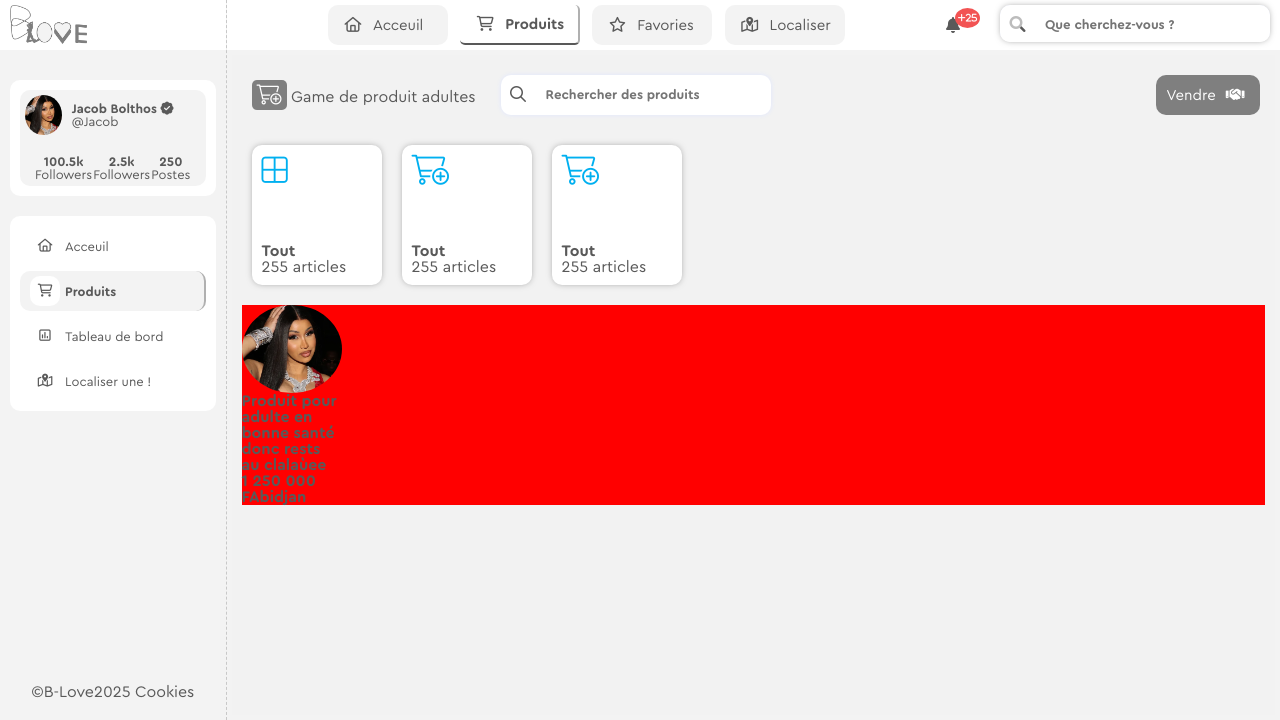
Repository: moomoony-log/b-love
Page: /home/product
An editor plug-in stored every save of this project. The page is shown before and after the next save, followed by the edit.
The browser window is 1280 px wide. The pictures show the whole page.
The project was rebuilt for these pictures with package versions that can differ from the ones it lists, and the page was loaded fresh each time. Also part of the build but not shown: vite.config.ts, src/rules/legacy.tsx, src/rules/privacy.tsx, src/view/auth.tsx, src/view/main/acceuil.tsx, src/view/main/dashbord.tsx, src/view/main/info-account.tsx, src/view/main/account.tsx and 1 more.

Above is the page before, as saved 2025-10-02 16:27:24.

### index.html
<!--
        ?????????         ?????????        ???????????????????
        ????? ?????     ????? ?????      ??????????   ??????????
        ?????  ?????   ?????  ?????    ????????         ????????
        ?????   ????? ?????   ?????    ??????            ????????
        ?????    ?????????    ?????    ??????            ????????
        ?????      ?????      ?????    ???????          ????????
        ?????                 ?????     ?????????      ????????
        ?????                 ?????        ???????????????????
        ?????                 ?????         ????????????????

    TRAVAIL JUSQU'A CE QU'ON DISE QUE TU ES FRANC-MAÇON
    TRAVAIL JUSQU'A CE QU'ON DISE QUE TU ES FRANC-MAÇON
    TRAVAIL JUSQU'A CE QU'ON DISE QUE TU ES FRANC-MAÇON
-->
<!doctype html>
<html lang="en">
  <head>
    <meta charset="UTF-8">
    <meta name="viewport" content="width=device-width, initial-scale=1.0">
    <meta http-equiv="X-UA-Compatible" content="IE=edge">
    <!-- Inbuilt -->
    <link rel="shortcut icon" href="./img/logoloveb.png" type="image/x-icon">
    <!-- <link rel="stylesheet" href="./vendor/font-awesome-pro/css/all.css">  -->
    <!-- <link rel="stylesheet" href="./css/app.css">  -->
    <title>B!love</title>
  </head>
  <body id="index">
    <div id="main-container"></div>
    <script type="module" src="/src/main.tsx"></script>
  </body>
</html>

### src/main.tsx
import { StrictMode } from 'react'
import { createRoot } from 'react-dom/client'
import App from './app'

createRoot(document.getElementById('main-container')!).render(
  <StrictMode>
    <App />
  </StrictMode>
)

### src/app.tsx

import { createBrowserRouter, RouterProvider } from "react-router-dom";
import Legacy from "./rules/legacy";
import Privacy from "./rules/privacy";
import Main from "./view/main/main";
import Auth from "./view/auth";
import Acceuil from "./view/main/acceuil";
import Dashbord from "./view/main/dashbord";
import "../public/css/app.css"
import "../public/vendor/font-awesome-pro/css/all.css"
import InfoAccount from "./view/main/info-account";
import Account from "./view/main/account";
import BecomeToMember from "./view/main/becomeToMember";
import Product from "./view/main/product";

// import Auth from "./view/auth";

const router =  createBrowserRouter([
	{
		path:'/',
		element:<Auth/>
	},
	{
		path:'/legacy',
		element:<Legacy/>
	},
	{
		path:'/privacy',
		element:<Privacy/>
	},
	{
		path:'/home',
		element:<Main/>,
		children:[
			{
				path:'acceuil',
				element: <Acceuil/>
			},
			{
				path:'dashbord',
				element: <Dashbord/>,
			},
			{
				path: 'product',
				element: <Product/>
			},
			{
				path:'check',
				element: <div>Localisation</div>
			},
			{
				path:'client',
				element: <InfoAccount/>,
				children: [
					{
						path:'compte',
						element: <Account/>
					},
					{
						path:'devenir_membre',
						element: <BecomeToMember/>
					},

				]
			}

		]
	}
])

// --> POINT D'ENTREE DANS L'APP(INDEX --> AUTH)
function App() {
	return <RouterProvider router={router}/>
}

export default App

### src/view/main/product.tsx
import { useEffect, useRef } from "react"
import Input from "../../components/basic/input"
import Button from "../../components/basic/button"

const Product = () => {
    const productRef = useRef<HTMLDivElement>(null)

        useEffect(()=> {
            const parent = productRef.current?.parentElement
            if(parent) parent.setAttribute('data-name', 'product')
            return () => parent?.removeAttribute('data-name')
        }, [])

    return (
        <>
        <div className="products-head" ref={productRef}>
           <div>
                <span><i className="fa-light fa-cart-circle-plus"></i> Game de produit adultes</span>
                <Input icon="fa-regular fa-magnifying-glass" type="text" placeholder="Rechercher des produits" />
           </div>
           <Button children={false} to={false} type="button" name="Vendre" icon="fa-solid fa-handshake" border color="gray" />
        </div>
        <div className="product-category">
            <div className="category-item">
                <i className="fa-light fa-border-all"></i>
                <div>
                    <span>Tout</span>
                    <span>255 articles</span>
                </div>
            </div>
            <div className="category-item">
                <i className="fa-light fa-cart-circle-plus"></i>
                <div>
                    <span>Tout</span>
                    <span>255 articles</span>
                </div>
            </div>
            <div className="category-item">
                <i className="fa-light fa-cart-circle-plus"></i>
                <div>
                    <span>Tout</span>
                    <span>255 articles</span>
                </div>
            </div>
        </div>
        <div className="products-container">

            <div className="product-item">
                <div className="cont-account-img" data-name="product"><img src="../img/cardi_b.webp" alt="account-image"/></div>
                <span className="descrip">Produit pour adulte en bonne santé donc rests au clalaùee</span>
                <div className="detail">
                    <span>1 250 000 F</span>
                    <span>Abidjan</span>
                </div>
            </div>

        </div>

        </>
    )
}

export default Product

### src/components/basic/button.tsx
// --> BUTTON COMPONENTS

import { forwardRef } from "react"
import { NavLink, useLocation } from "react-router-dom";

interface buttonProps {
    type: 'submit' | 'button',
    name?: string,
    icon?:string,
    color?: string,
    outline?: string,
    small?: 'small' | 'small-1' | 'small-2' | 'small-3',
    navigate?: string,
    children: boolean,
    border?: boolean,
    to: string | false,
    inner?:string,
    disable?:boolean,
    onclick?: () => unknown
}

const Button = forwardRef<HTMLButtonElement, buttonProps>(
  ({ name, icon, color, outline, small, navigate, inner, disable, children,border, to, onclick }, ref) => {
    const location = useLocation()
    return (
      <button
        ref={ref}
        type="button"
        className="ui-btn"
        name={name}
        color={color}
        {...(outline ? { "data-outline": "" } : {})}
        {...(disable ? { disabled: true } : {})}
        {...(navigate ? { "data-navigate": "" } : {})}
        {...(inner ? { "data-inner": "" } : {})}
        {...(small ? { "data-size" : small} : {})}
        {...(border ? { "data-border": "" } : {})}
        {...(to && location.pathname === to ? { "data-active": "" } : {})}
        onClick={onclick}
      >
        { (!children && !to ) && name } { icon && (!children && !to ) && <i className={icon}></i> }

        { (children && to) && <NavLink to={to}>  <i className={icon}></i>  {name} </NavLink> }

      </button>
    );
  }
);

export default Button

### public/css/config/config.css
/* Style global de configuration */

/* Police d'ecriture */
/* Cera */
@font-face{
    font-family: 'Cera';
    src: url('../../font/cera-round-pro/CeraRoundPro-Bold.otf');
    font-weight: bold;
}
@font-face {
    font-family: 'Cera';
    src: url('../../font/cera-round-pro/CeraRoundPro-Regular.otf');
    font-weight: normal;
}

/* body{
    display: flex !important;
    padding: 5px;
    height: 100%;
    width: 100%;
    position: absolute;
    top: 0;
    left: 0;
    overflow: hidden;
} */
body *{
    box-sizing: border-box;
    font-family: 'Cera', sans-serif;
    font-weight: bold;
}

button:focus, input:focus, textarea:focus, select:focus {
    outline: none;
}

button {
    cursor: pointer;
    border: none;
}

h1, h2, h3, h4, h5, p {
    color: inherit;
    margin: 0;
    padding: 0;
    text-decoration: inherit;
}

img{
    height: inherit;
    max-width: 100%;
}

### public/css/component/components.css
 /* Imporation des dependances */
 @import url('input.css');
 @import url('button.css');
 @import url('img.css');
 @import url('notification.css');
 @import url('loader.css');
 @import url('table.css');
 @import url('./modals/modal.css');

 @keyframes text{
    0%{
        transform: translateX(100%);
    }
    100%{
        transform: translateX(-100%);
    }
 }

### public/css/views.css
/* --> Css relative à toutes les vues communes  */
@import url('views/auth.css');
@import url('views/legacy.css');
@import url('views/privacy.css');

### public/css/animation.css
@keyframes reotateInner {
    from {
       transform: rotate(0);
    }
    to{
       transform: rotate(180deg);
    }
 }
 @keyframes Online {
    0%, 100% {
       transform: scale(1.5);
       opacity: 1;

    }
    50% {
       transform: scale(0.5);
       /* opacity: 0.5; */
    }
 }
  @keyframes Online2 {
    0%, 100% {
       opacity: 1;

    }
    50% {
       opacity: 0.5;
    }
 }
 @keyframes spin {
   0%{
      transform: rotate(0deg);
   }
   100%{
      transform: rotate(360deg);
   }

 }
  @keyframes opa {
   0%{
      opacity: .4;
   }
   100%{
      opacity: 1;
   }

 }

### public/css/utils/utils.css
@import url('variable.css');
@import url('helper.css');

### public/css/utils/variable.css
/* Variables */
:root{
    --color-white: #ffffff;
    --color-gray-soft: #F6F8FA;
    --color-gray-medium: #b0b0b0;
    --color-gray-hard: #595959;
    --color-gray-hard-1: #7f7f7f;
    /* --color-gray-hard-3: #d4d2d246; */
    --color-gray-hard-3: #f2f2f2e7;
    --color-gray-hard-5: #f2f2f2;
    --color-gray-hard-4: #5959592f;
    --color-blue-lite: #dbf5ff;
    --color-blue-soft: #00B0F0;
    --color-blue-soft-2: #9ab9dc;
    --color-blue-hard: #2A6EBB;
    --color-green-lite: #aefecf;
    --color-green-lite-2: #80d6a4;
    --color-green-hard: #41cf7c;
    --color-red-lite: #ffcdcd;
    --color-red-soft: #f58e8e;
    --color-red-hard: #f25353;
    --shadow-one: 0 0 5px #eee;
    --shadow-two: 0 0 5px #84b1c3;
    --shadow-3: 0 0 4px #bababa;
    --bezier-1: cubic-bezier(0.68, -0.55, 0.27, 1.55);
}

### public/css/utils/helper.css
/* cool-scroll-bar */
.cool-scroll-bar::-webkit-scrollbar{
    width: 3px;
    height: 3px;
    border-radius: 50px !important;
    background-color: var(--color-gray-soft);
    box-shadow: 0 0 5px var(--color-gray-soft);
}
.cool-scroll-bar::-webkit-scrollbar-thumb{
    background-color: var(--color-gray-medium);
    border-radius: 50px !important;
}

### public/css/views/legacy.css
.legacy {
    z-index: 10;
    height: 100%;
    padding: 20px;
    overflow: auto;
}
.legacy p{
    font-size: 40px;
}

### public/css/component/img.css
/* ---> CSS DES COMPOSANTS IMAGES */
.cont-account-img{
    overflow: hidden;
    position: relative;
    cursor: pointer;
}
.cont-account-img[data-name="account"]{
    height: 40px;
    width: 50px;
    border-radius: 50%;

}
.cont-account-img[data-name="pub"]{
    height: 40px;
    width: 50px;
    border-radius: 50%;

}
/* image compte publication */
.cont-account-img[data-name="my-post"]{
    width: 65px;
    height: 65px;
    border-radius: 5px;
}

/* image compte publication */
.cont-account-img[data-name="pub-2"]{
    min-width: 35px;
    max-width: 35px;
    height: 35px;
    border-radius: 50%;
}
.cont-account-img[data-name="like"]{
    width: 20px;
    height: 20px;
    border-radius: 50%;
}
.cont-account-img[data-name="product"]{
    width: 100px;
    height: 100px;
    border-radius: 50%;
}
.cont-account-img[data-name="info-account"]{
    height: 130px;
    width: 130px;
    border-radius: 50%;
}
.cont-account-img img{
    height: 100%;
    width: 100%;
    object-fit: cover;
    position: absolute;
    display: block;
}

/* Image du logo */
.logo-content img{
    height: 40px;
}
.marketing-img{
    width: 50%;
    height: 100%;
}
#app-content-right .head .logo-content img{
    height: 35px;
}
.container-my-pub .item-pub img{
    width: 100%;
    height: 100%;
    object-fit: cover;
    border-radius: 5px;
    cursor: pointer;
}
/* Image de publié */
/* Grille d'images style Facebook */

.pub-content .medias-body .cont-account-img{
    border-radius: 0px;
    width: 100%;
    height: 100%;
    justify-content: center;
    align-items: center;
    overflow: hidden;
}
.pub-content .medias-body .cont-account-img[data-img]::before{
    content: attr(data-img);
    font-size: 14px;
    background-color: white;
    font-weight: lighter;
    position: absolute;
    color: var(--color-gray-hard-1);
    height: 25px;
    width: 100px;
    border-radius: 10px;
    text-align: center;
    line-height: 25px;
    right: 5px;
    top: 5px;
    z-index: 40;
}
.pub-content .medias-body .cont-account-img img{
    max-width: 100%;
    max-height: 100%;
    object-fit: contain; /* conserve le ratio */
}
 .pub-content .medias-body .cont-account-img  iframe {
    position: absolute;
    top: 0;
    left: 0;
    width: 100%;
    height: 100%;
  }
  .container-my-pub .item-pub video{
    width: 100%;
    height: 100%;
    cursor: pointer;
    border-radius: 5px;
    background-color: black;
}
/*
.pub-content {
    width: 100%;
} */

/* .pub-content .cont-account-img:hover img {
    transform: scale(1.03);
}  */

### public/css/views/privacy.css
.privacy {
    z-index: 10;
    height: 100%;
    padding: 20px;
    overflow: auto;
}
.privacy p{
    font-size: 40px;
}

### public/css/component/notification.css
/* CSS DES GRILLES DE NOTIFICATIONS */
#notification{
    position: absolute;
    right: 0;
    z-index: 900;
    width: 350px;
    bottom: 0;
    padding: 5px;
    display: flex;
    justify-content: flex-end;
    align-items: center;
    flex-direction: column;
    gap: 10px;
}
#notification .notif-item{
    width: 320px;
    max-height: 60px;
    box-sizing: border-box;
    background-color: var(--color-white);
    display: flex;
    align-items: center;
    overflow: hidden;
    gap: 5px;
    padding: 10px;
    border-radius: 10px;
    opacity: 0;
    transform: scale(0);
    box-shadow: 0 0 7px -2px var(--color-gray-hard-1);
    transition: transform .3s cubic-bezier(0.68, -0.55, 0.27, 1.55), opacity .2s ease-in-out, max-height .3s ease-in-out;
}

#notification .notif-item[show]{
    opacity: 1;
    transform: scale(1);
}

#notification .notif-item .icon{
    height: 35px;
    width: 35px;
    line-height: 35px;
    text-align: center;
    font-size: 15px;
    border-radius: 50%;
    position: relative;
    z-index: 2;
    color: var(--color-white);
}

#notification .notif-item .icon::before{
    position: absolute;
    text-align: center;
    left: 0;
    font-size: 35px;
    content: '\f335';
    font-family: 'Font Awesome 6 Pro';
    z-index: -1;
}

#notification .notif-item .exit{
    text-align: center;
    margin-left: 5px;
    border-radius: 50%;
    cursor: pointer;
    color: #cccccc;
}

#notification .notif-item[data-name="exit"] {
    border-left: 5px solid var(--color-red-soft);
}
#notification .notif-item[data-name="exit"] .exit{
    color: var(--color-red-soft);
}
#notification .notif-item[data-name="good"] .exit{
    color: var(--color-green-lite-2);
}
#notification .notif-item[data-name="exit"]:hover{
    box-shadow: 0 0 7px -2px var(--color-red-hard);
}
#notification .notif-item[data-name="good"]:hover{
    box-shadow: 0 0 7px -2px var(--color-green-hard);
}
#notification .notif-item[data-name="await"]:hover{
    box-shadow: 0 0 7px -2px var(--color-gray-hard);
}
.notif-item[data-name="exit"] .icon::before{
    color: var(--color-red-soft);
}
#notification .notif-item[data-name="await"]{
    border-left: 5px solid #cccccc;
}
.notif-item[data-name="good"] .icon::before{
    color: var(--color-green-lite-2);
}
.notif-item[data-name="await"] .icon::before{
    color: #cccccc;
}
#notification .notif-item[data-name="good"]{
    border-left: 5px solid var(--color-green-lite-2);
}
#notification .notif-item .title{
    text-wrap: nowrap;
    color: var(--color-gray-hard-1);
    font-size: 13px;
}
#notification .notif-item .text{
    font-size: 12px;
    display: flex;
    overflow: hidden;
    max-width: 240px;
    text-overflow: ellipsis;
    font-weight: lighter;
}

/* RESPONSIVE STATE */
@media (max-width: 344px) {
    #notification{
        width: 300px;
    }
    #notification .notif-item{
        width: 290px;
        max-height: 80px;
    }
    #notification .notif-item .icon::before{
        left: -2px;
    }
}

### public/css/component/loader.css

/* CSS DU COMPOSANT DE CHRAGEMENT */
#loader{
    position: absolute;
    display: flex;
    flex-direction: column;
    width: 100%;
    gap: 10px;
    height: 100%;background-color: rgba(255, 255, 255, 0.744);
    justify-content: center;
    align-items: center;
    z-index: 1000;
}

#loader .spinner{
    height: 60px;
    width: 60px;
    display: flex;
    justify-content: center;
    align-items: center;
    position: relative;
    animation: spin 2s linear infinite;
}
#loader .spinner::before{
    content: '';
    height: 100%;
    width: 100%;
    position: absolute;
    border-radius: 50%;
    border: solid 4px var(--color-gray-hard-3);
}
#loader .spinner::after{
    content: '';
    height: 100%;
    width: 100%;
    position: absolute;
    border-radius: 50%;
    border: solid 4px transparent;
    border-left-color:var(--color-gray-hard-1);
    animation: spin 0.8s linear infinite, opa 0.8s ease-in-out infinite alternate-reverse;
}
#loader img{
    width: 95px;
    height: 50px;
}
#loader i{
    font-size: 20px;
}
#loader .i{
   background-color: var(--color-gray-hard-);
   padding: 7px;
   display: flex;
   align-items: center;
   justify-content: center;
   border-radius: 5px;
}

### public/css/component/table.css
.infos-personnels[data-name="statut"] .availability table{
    border-collapse: collapse;
    width: 100%;
    background-color: var(--color-white);
    text-align: center;
    font-size: 13px;
}
.availability table th,
.availability table td{
    height: 40px;
    padding: 3px;
}
.availability table td:last-child{
    text-align: right;
}
.availability table tbody tr:hover{
    background-color: var(--color-gray-hard-3);
}

.cont-my-post table{
    width: 100%;
    border-spacing: 0 5px;
    background-color: var(--color-white);
    text-align: center;
    padding: 5px;
    border-radius: 5px;
}
.cont-my-post table tbody td:last-child button{
    background-color: white;
    margin-left: 5px;
}
.cont-my-post table tbody tr:hover td{
    background-color: var(--color-white);
}
.cont-my-post table tbody tr:hover td:last-child button{
    background-color: var(--color-gray-hard-3);
}

.cont-my-post table tbody td{
    padding: 5px;
    background-color: var(--color-gray-hard-3);
    font-weight: lighter;
    margin: 10px;
}
.cont-my-post table tbody td:last-child{
    text-align: right;
}


@media (max-width: 855px) {
    .cont-my-post table{
        font-size: 12px;
    }
    .cont-my-post table tbody td:last-child{
        display: flex;
        flex-direction: column;
        margin: 0;
        gap: 5px;
    }
}

@media (max-width: 355px) {
    .cont-my-post table tbody td:last-child{
        font-size: 11px;
    }
}

### public/css/component/modals/modal.css
/* @import url('./modals/registration.css'); */
@import url('./publication.css');
@import url('./confirm.css');

#modals .modal{
    position: fixed;
    display: none;
    align-items: center;
    left: 0;
    top: 0;
    justify-content: center;
    height: 100%;
    width: 100%;
    background-color: #262f4ae8;
    z-index: 1000;
    transition: opacity .6s ease-in-out;
    animation: show-modal .5s ease-in-out;
 }
 .modal .box{
    background-color:var(--color-gray-soft);
    min-width: 300px;
    max-width: 1300px;
    min-height: 270px;
    box-shadow: 0 0 5px 0px #263b80;
    padding: 10px;
    border-radius: 15px;
    opacity: 1;
    transform: scale(.9);
    flex-direction: column;
    gap: 10px;
    animation: show-box .6s ease-in-out forwards;
 }

 .modal:active .box{
    animation: show-box .6s ease-in-out forwards, show-cont .1s ease-in-out;
 }
 /* Animation > Affichage > Masquage */
  .modal[show]{
    display: flex !important;
 }
 .modal[show] .box{
   display: flex !important;
 }
 .modal[hide]{
    opacity: 0;
 }
 .modal[hide] .box{
    animation: hide-box .5s ease-in-out forwards;
 }
.modal .box .modal-head{
   height: 30px;
   display: flex;
   padding: 0 5px;
   justify-content: space-between;
   align-items: center;
 }
.box .modal-head .title i{
   height: 25px;
   width: 25px;
   line-height: 25px;
   text-align: center;
   border-radius: 5px;
   color: var(--color-white);
   background-color: var(--color-gray-hard-1);
 }
.box .modal-head .exit i{
   color: var(--color-red-hard);
   cursor: pointer;
}
.modal .box .body{
   min-height: 200px;
   border-radius: 10px;
   padding: 5px;
}
.modal .box .controler{
   width: 100%;
   display: flex;
   justify-content: space-between;
 }

### public/css/component/modals/publication.css
.modal[name="publication"] .box .body{
   display: flex;
   background-color: var(--color-white);
}

### public/css/component/modals/confirm.css
.modal[name="confirm"] .box .body{
   display: flex;
   background-color: var(--color-white);
   display: flex;
   flex-direction: column;
   justify-content: center;
   align-items: center;
   position: relative;
}
.modal[name="confirm"] .box .body::after{
    content: '';
    height: 100%;
    width: 100%;
    border-radius: 10px;
    position: absolute;
    animation: Online2 1s ease-in-out infinite;
}
.modal[name="confirm"] .box .body .icon{
    height: 75px;
    width: 75px;
    font-size: 50px;
    line-height: 75px;
    text-align: center;
    border-radius: 10px;
    margin-bottom: 5px;
}
.modal[name="confirm"] .box .body .title{
    font-size: 20px;
    margin-bottom: 20px;
}
.modal[name="confirm"] .box .body .confirm-text{
    font-weight: lighter;
}

.modal[name="confirm"] .box .body[type="exit"]::after{
    background-color: rgba(255, 17, 17, 0.066);
}
.modal[name="confirm"] .box .body[type="exit"] .icon{
    box-shadow: 0 0 7px -4px var(--color-red-hard);
    background-color: var(--color-red-lite);
    color: var(--color-red-soft);
}
.modal[name="confirm"] .box .body[type="exit"] .title{
    color: var(--color-red-soft);
}

.modal[name="confirm"] .box .body[type="good"]::after{
    background-color: rgba(17, 184, 255, 0.077);
}
.modal[name="confirm"] .box .body[type="good"] .icon{
    box-shadow: 0 0 7px -4px var(--color-blue-hard);
    background-color: var(--color-blue-lite);
    color: var(--color-blue-soft);
}
.modal[name="confirm"] .box .body[type="good"] .title{
    color: var(--color-blue-soft);
}

### src/utils/utils.ts
class Utils {

    static emailValidation(email: string) : boolean {
        const emailRegex :RegExp = /^[^\s@]+@[^\s@]+\.[^\s@]+$/
        return emailRegex.test(email)
    }

    static inputValue(value: string, minLenght: number) : boolean {
        const inputRegex :RegExp = /^[A-Za-zÀ-ÖØ-öø-ÿ\s]+$/

        if (value.length > minLenght && inputRegex.test(value)) return inputRegex.test(value)
        else return false
    }

    static passwordValidation = (value: string):boolean => {
        const passwordRegex: RegExp = /^(?=.*?[A-Z])(?=.*?[a-z])(?=.*?[0-9])(?=.*?[#?!@$%^&*-]).{8,}$/g
        if (passwordRegex.test(value)) return true
        else return false
    }

    static otpValidation = (value: string):boolean => {
        const otpRegex : RegExp = /^[0-9]+$/gm
        if(otpRegex.test(value) && value.length === 1) return true
        else return false
    }

}

export default Utils

Loaded but not shown: public/vendor/font-awesome-pro/css/all.css (library); public/css/app.css (2243 lines, source omitted); src/view/main/main.tsx (179 lines, source omitted); src/components/basic/input.tsx (178 lines, source omitted); public/css/views/auth.css (265 lines, source omitted); public/css/component/input.css (225 lines, source omitted); public/css/component/button.css (210 lines, source omitted)

After the next save:
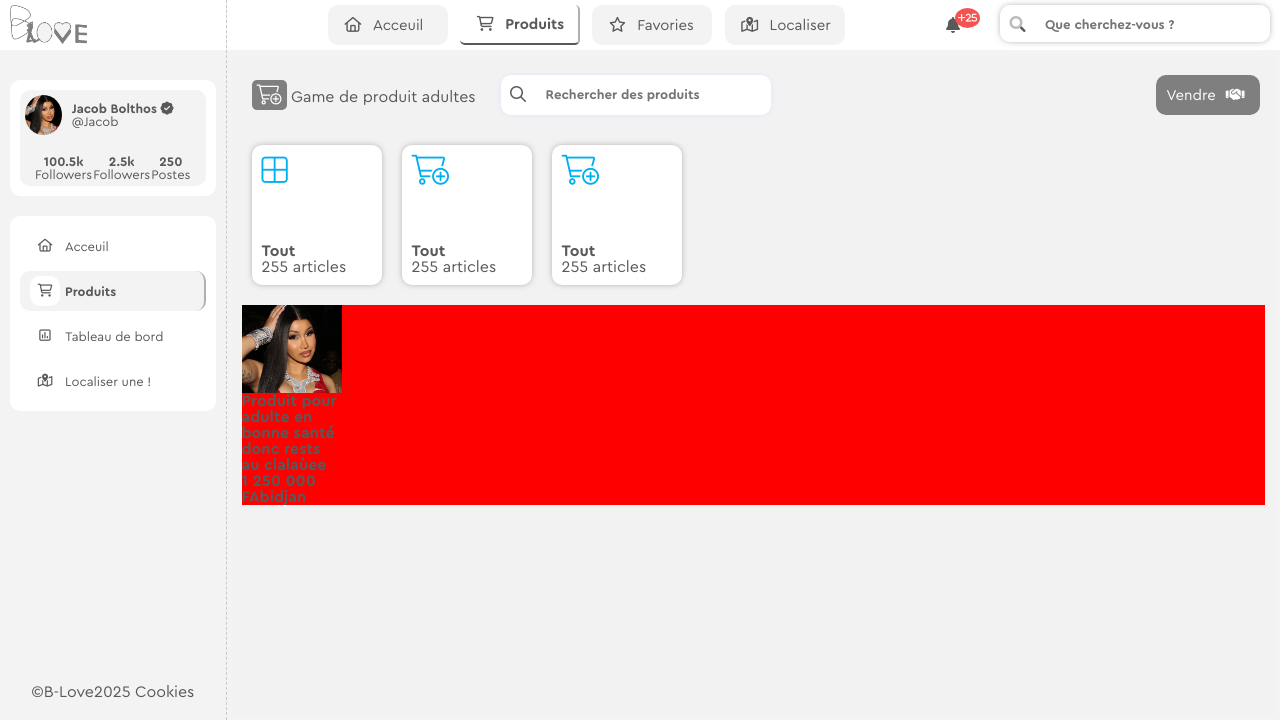
Saved 11 s later.
--- a/public/css/component/img.css
+++ b/public/css/component/img.css
@@ -38,7 +38,7 @@
 .cont-account-img[data-name="product"]{
     width: 100px;
     height: 100px;
-    border-radius: 50%;
+    border-radius: 10;
 }
 .cont-account-img[data-name="info-account"]{
     height: 130px;
